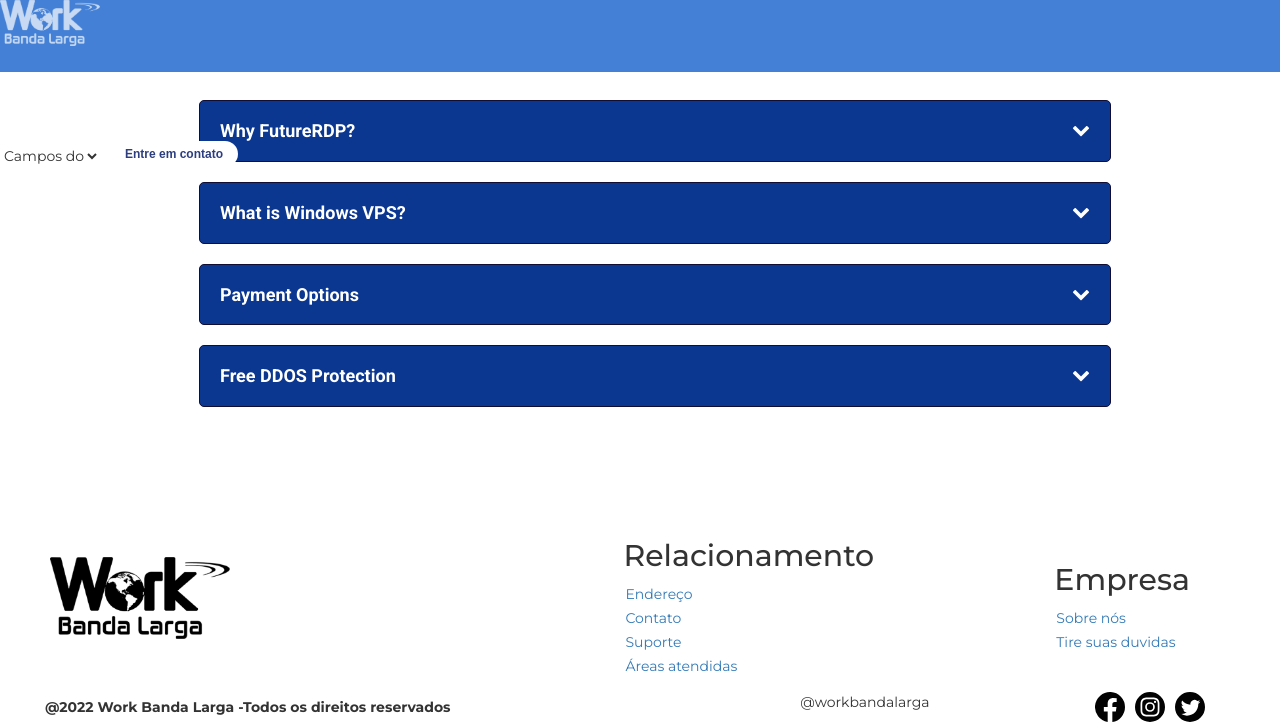
Repository: mateus-henrique-silva/WorkBandaLarga
Page: site_work/src/Pages/faq.html
The author's editor kept a copy of each file at every save. The page is drawn from the files as they stood at one save, then again after the next save.
The browser window is 1280 px wide. The pictures show the whole page.
Some web fonts or font styles are not loaded; a fallback is used. Some web libraries are served in a nearby version.

Above is the page before, as saved 2022-09-20 09:58:53.

### site_work/src/Pages/faq.html
<!DOCTYPE html>
<html lang="en">
  <head>
    <meta charset="UTF-8" />
    <meta http-equiv="X-UA-Compatible" content="IE=edge" />
    <meta name="viewport" content="width=device-width, initial-scale=1.0" />
    <link rel="stylesheet" href="../CSS/Main/MainFaq/style.css" />
    <link rel="stylesheet" href="../CSS/Global.css" />
    <link rel="stylesheet" href="../CSS/Header/style.css" />
    <link rel="stylesheet" href="../CSS/Footer/Style.css" />
    <link rel="stylesheet" href="https://maxcdn.bootstrapcdn.com/font-awesome/4.7.0/css/font-awesome.min.css">
 <link href="https://maxcdn.bootstrapcdn.com/bootstrap/3.3.7/css/bootstrap.min.css" rel="stylesheet">
 <script src="https://ajax.googleapis.com/ajax/libs/jquery/1.11.1/jquery.min.js" charset="utf-8"></script>
 <style media="screen">

 .accordions {
 width: 80%;
 margin: 100px auto;
 }

 .accordions h3 {
 text-align: center;
 font-family: "Roboto", sans-serif;
 font-weight: bold;
 }

 .accordion-item {
 background-color: #0b3791;
 margin-bottom: 20px;
 border: 1px solid #100e34;
 border-radius: 5px;
 color: #ffffff;
 }

 .accordion-item .accordion-title {
 cursor: pointer;
 padding: 20px;
 transition: transform 0.4s ease-in-out;
 }

 .accordion-item .accordion-title.active-title {
 background-color: #100e34;
 color: #ffffff;
 }

 .accordion-item .accordion-title h3 {
 font-weight: 700;
 margin: 0;
 font-size: 18px;
 display: flex;
 justify-content: space-between;
 font-weight: bold;
 }

 .accordion-item .accordion-title i.fa-chevron-down {
 transform: rotate(0);
 transition: 0.4s;
 }

 .accordion-item .accordion-title i.fa-chevron-down.chevron-top {
 transform: rotate(-180deg);
 color: #fa5019;
 }

 .accordion-item .accordion-content {
 display: none;
 line-height: 1.7;
 padding: 20px;
 background-color: #ffffff;
 border-radius: 0 0 5px 5px;
 color: #100e34;
 }

 .accordion-item .accordion-content.active {
 display: block;
 }

 .accordion-item .accordion-content p {
 margin: 0;
 font-family: "Nunito Sans", sans-serif;
 font-size: 16px;
 }

 .details {
 background: #dce1f2;
 }

 .details .detailed_info {
 margin: 50px auto;
 }

 .details img {
 margin: 0 auto;
 display: block;
 /* margin-top: 120px; */
 }

 .details h3 {
 font-family: "Poppins", sans-serif;
 font-weight: bold;
 font-size: 20px;
 }

 .details p {
 font-family: "Nunito Sans", sans-serif;
 font-size: 16px;
 line-height: 1.5em;
 }

 .details ul li {
 font-family: "Nunito Sans", sans-serif;
 font-size: 16px;
 line-height: 1.7em;
 }

 </style>

    <title>Document</title>
  </head>
  <body>
    <header>
      <nav>
        <a class="logo"
          ><img src="../Assets/logo-branca.png" width="100" alt=""
        /></a>
        <div class="mobile-menu">
          <div class="line1"></div>
          <div class="line2"></div>
          <div class="line3"></div>
        </div>
        <ul class="nav-list">
          <li><a href="#">Inicio</a></li>
          <li><a href="#planos">Planos</a></li>
          <li><a href="#tv">TV</a></li>
          <li><a href="#container"> Contato</a></li>
          <li>
            <select
              style="margin: 5px; margin-left: 0"
              name="cars"
              id="city"
              onChange="update()"
            >
              <option value="1">Campos dos Goytacazes</option>
              <option value="2">Conceição de Macabu</option>
              <option value="3">Quissamã</option>
              <option value="4">São João da Barra</option>
            </select>
          </li>
        </ul>
        <ul style="display: flex">
          <select
            style="margin: 5px; margin-left: 0"
            name="cars"
            id="city"
            onChange="update()"
          >
            <option value="1">Campos dos Goytacazes</option>
            <option value="2">Conceição de Macabu</option>
            <option value="3">Quissamã</option>
            <option value="4">São João da Barra</option>
          </select>
          <li style="list-style: none; font-size: 10px; margin: 5px">
            <a
              href="#"
              style="
                font-size: 12px;

                font-family: arial;
                color: white;
              "
              onclick="openForm()"
              class="contact-header"
              >Entre em contato</a
            >
          </li>
        </ul>
      </nav>
    </header>
    <main>
      <section id="faq">
        <div class="container faq">
          <div class="container">
            <div class="row">
              <div class="col-sm-12">
                <div class="accordions">
                  <div class="accordion-item">
                    <div class="accordion-title" data-tab="item1">
                      <h3>Why FutureRDP? <i class="fa fa-chevron-down"></i></h3>
                    </div>
                    <div class="accordion-content" id="item1">
                      <p>
                        FutureRDP provides cheap and affordable Linux and
                        Windows VPS servers and storage solution since 2008 for
                        more than 11 years in multiple locations such as the
                        United States, UK, France, Germany, Netherlands, and
                        Canada. We have a range of different solutions for
                        different purposes such as SSD VPS and Storage servers.
                        All servers are equipped with RAID10 only SSD drives and
                        FREE DDoS Protection!
                      </p>
                    </div>
                  </div>

                  <div class="accordion-item">
                    <div class="accordion-title" data-tab="item2">
                      <h3>
                        What is Windows VPS? <i class="fa fa-chevron-down"></i>
                      </h3>
                    </div>
                    <div class="accordion-content" id="item2">
                      <p>
                        With a Windows VPS server, you will get a Remote Desktop
                        connection within a few minutes. You can run Windows
                        applications such as IIS, SQL, Microsoft Exchange or any
                        software like Docking, Forex trading, Crypto Trading
                        etc… or anything which you wish for. Just like your own
                        computer!! but the difference is online 24/7 days
                        without interruptions and with a super fast Internet
                        connection!
                      </p>
                    </div>
                  </div>

                  <div class="accordion-item">
                    <div class="accordion-title" data-tab="item3">
                      <h3>
                        Payment Options <i class="fa fa-chevron-down"></i>
                      </h3>
                    </div>
                    <div class="accordion-content" id="item3">
                      <p>
                        Unlike most other providers you don’t have to pay with
                        just Credit Card or PayPal. You can also pay with
                        Bitcoin, Alt Coins like Ethereum or Litecoin,
                        PerfectMoney, Payza and of course you can still pay by
                        PayPal and Credit Cards. You even get more discounts
                        when you choose longer-term commitments like our
                        attractive yearly plans.
                      </p>
                    </div>
                  </div>

                  <div class="accordion-item">
                    <div class="accordion-title" data-tab="item4">
                      <h3>
                        Free DDOS Protection <i class="fa fa-chevron-down"></i>
                      </h3>
                    </div>
                    <div class="accordion-content" id="item4">
                      <p>
                        Unlike other providers who charge extra for DDoS
                        protection, All of our VPS servers comes with DDoS
                        protection for FREE. This means you do not have to worry
                        about your VPS performance at all. We are taking care of
                        your needs while you do focus on your business!
                      </p>
                    </div>
                  </div>
                </div>
              </div>
            </div>
          </div>
        </div>
      </section>
    </main>
    <footer>
      <section>
        <div class="img-footer">
          <img src="../Assets/images/logo-preta.png" alt="" srcset="" />
        </div>
        <div class="link-footer">
          <div class="text-one">
            <h2>Relacionamento</h2>
            <a href="#map">Endereço</a>
            <a href="">Contato</a>
            <a href="">Suporte</a>
            <a href="">Áreas atendidas</a>
          </div>
          <div class="text-two">
            <h2>Empresa</h2>
            <a href="">Sobre nós</a>
            <a href="">Tire suas duvidas</a>
          </div>
        </div>
      </section>
      <section style="height: 5vh; display: flex; align-items: center">
        <div class="text-three">
          <strong>@2022 Work Banda Larga -Todos os direitos reservados </strong>
        </div>
        <div class="text-four">
          <p>@workbandalarga</p>
          <div class="social">
            <img src="../Assets/images/logo facebook.svg" alt="facebook" />
            <img src="../Assets/images/logo instagram.svg" alt="instagram" />
            <img src="../Assets/images/logo twitter.svg" alt="twitter" />
          </div>
        </div>
      </section>
    </footer>
    <script src="../Scripts/Menu/script.js"></script>
    <script type="text/javascript">
      $(document).ready(function () {
        $(".accordion-title").click(function (e) {
          var accordionitem = $(this).attr("data-tab");
          $("#" + accordionitem)
            .slideToggle()
            .parent()
            .siblings()
            .find(".accordion-content")
            .slideUp();

          $(this).toggleClass("active-title");
          $("#" + accordionitem)
            .parent()
            .siblings()
            .find(".accordion-title")
            .removeClass("active-title");

          $("i.fa-chevron-down", this).toggleClass("chevron-top");
          $("#" + accordionitem)
            .parent()
            .siblings()
            .find(".accordion-title i.fa-chevron-down")
            .removeClass("chevron-top");
        });
      });
    </script>
  </body>
</html>

### site_work/src/CSS/Global.css
@import url("https://fonts.googleapis.com/css2?family=Cinzel:wght@400;500;600;700;800;900&family=Montserrat:ital,wght@0,100;0,200;0,300;0,400;0,500;0,600;0,700;0,800;0,900;1,100;1,200;1,300;1,400;1,500;1,600;1,700;1,800;1,900&family=Roboto:ital,wght@0,300;0,400;0,500;0,700;0,900;1,100;1,300;1,400;1,500;1,700;1,900&display=swap");

* {
  margin: 0;
  padding: 0;
  border: 0;
  font-family: "Montserrat", sans-serif;
}

section {
  width: 100%;
  max-width: 100vw;
}

ul {
  list-style: none;
}
span {
  color: #67aee9;
}

html {
  scroll-behavior: smooth;
}

### site_work/src/CSS/Header/style.css
header {
  width: 100%;
  background-color: #4480d5;
  margin-top: 0;
}
a {
  color: black;
  text-decoration: none;
  transition: 0.3s;
}

a:hover {
  opacity: 0.7;
}

.logo {
  align-items: center;
  width: 15%;

  text-transform: uppercase;
  letter-spacing: 4px;
}

.logo h1 {
  font-size: 12px;
}

nav {
  display: flex;
  z-index: 1000;
  position: fixed !important;
  width: 100%;
  margin-top: 0;

  justify-content: space-around;
  align-items: center;
  background-color: #4480d5;
  height: 10vh;
}

.nav-list {
  justify-content: center;
  align-items: center;
  list-style: none;
  width: 62%;
  display: flex;
  z-index: 1;
}
.nav-list li:last-child {
  margin-right: -100px !important;
}
/* .nav-list li:last-child {
  padding: 10px 20px 10px;
  border: 1px solid #ffffff;
  border-radius: 5px;
  transition: 1s !important;
} */

/* .nav-list li:last-child:hover {
  border: 1px solid #d81f26;
} */
.nav-list li {
  letter-spacing: 0px;
  font-size: 12px;
  text-transform: uppercase;
  margin: 32px;
}
.nav-list li a {
  color: white;
  font-size: 15px;
}
.nav-list li a:hover {
  opacity: 0.5;
}
/* .nav-list li a:last-child:hover {
  color: #ffffffff;
} */

.mobile-menu {
  display: none;
  margin-left: 80px;
  cursor: pointer;
}

.mobile-menu div {
  transition: 0.3s;

  width: 32px;
  height: 2px;
  background: white;
  margin: 8px;
}

@media (max-width: 950px) {
  body {
    overflow-x: hidden;
  }

  .nav-list li:last-child {
    padding: 0;
    border: 0;
    border-radius: 0;
    transition: 1s !important;
  }

  .nav-list li:last-child:hover {
    border: 0;
  }

  .nav-list {
    position: absolute;
    top: 7vh;
    right: 0;
    width: 100vw;
    height: 100vh;
    background-color: white;
    flex-direction: column;
    color: white;
    /* align-items: center; */
    display: none;
    justify-content: flex-start;
    transition: 0.4s ease-in;
    /* justify-content: space-around; */
    transform: translateX(100%);
  }

  .nav-list li {
    margin-top: 100px;
    margin-left: 0;
    opacity: 0;
    margin: 30px;
    margin-left: 0px;
  }
  nav li select {
    color: white;
    font-weight: bold;
    font-size: 15px;
    width: 100%;
  }

  .mobile-menu {
    display: block;
  }
  .contact-header {
    display: none;
  }

  .logo {
    margin-left: 10px;
    width: 60%;
  }
  /* nav {
    flex-direction: row-reverse;
    display: flex;
    justify-content: space-around;
  } */
  .logo img {
    width: 80px !important;
  }
}

.nav-list.active {
  transition: 0.3s;
  overflow-y: hidden;
  position: fixed;
  z-index: 10000;
  align-items: center;
  background-color: #4480d5;
  transform: translateX(0);
  display: flex;
}

.nav-list.active li {
  color: white !important;
  font-weight: bold;
  margin-right: 0px !important;
}

.nav-list.active li {
  color: white;
}

@keyframes navLinkFade {
  from {
    opacity: 0;
    transform: translateX(50px);
  }

  to {
    opacity: 1;
    transform: translateX(0);
  }
}
/* .line1 {
  width: 40px !important;
}
.line3 {
  width: 30px !important;
} */
.mobile-menu.active .line1 {
  transform: rotate(-45deg) translate(-8px, 8px);
}

.mobile-menu.active .line2 {
  opacity: 0;
}

.mobile-menu.active .line3 {
  transform: rotate(45deg) translate(-5px, -7px);
}

select {
  width: 100px;
  background-color: transparent;
  font-weight: bold;
  border: none;

  color: #2c3e80;
  cursor: pointer;
}
select option {
  background-color: transparent;
}
@media (max-width: 999px) {
  select {
    display: none;
  }
  .nav-list select {
    display: block !important;
  }
}

.nav-list select {
  display: none;
}
.contact-header {
  background-color: white;
  padding: 6px 15px 6px;
  color: #2c3e80 !important;
  font-weight: bold;
  border-radius: 20px;
  margin-right: 0px;
}

### site_work/src/CSS/Footer/Style.css
footer {
  width: 100%;

  height: 100%;
}
footer section .img-footer img {
  width: 180px;
  margin: 50px;
}
footer section .img-footer {
  width: 50%;
}

footer section {
  display: flex;
}
.link-footer {
  width: 70%;

  display: flex;
  align-items: center;
  justify-content: space-around;
}

footer .text-one {
  display: flex;
  flex-direction: column;
}
footer .text-two {
  display: flex;
  flex-direction: column;
}

footer .text-one a {
  margin: 2px;
}
footer .text-two a {
  margin: 2px;
}
.social {
  display: flex;
  justify-content: space-around;
}
.social img {
  margin: 5px;
  margin-top: 0;
  margin-bottom: 0;
  cursor: pointer;
}
.text-four {
  width: 50%;
  justify-content: space-evenly;
  display: flex;
}
.text-three strong {
  margin-left: 45px;
}
.text-three {
  width: 50%;
}
@media (max-width: 900px) {
  .img-footer {
    width: 100% !important;
    display: flex;
    justify-content: center;
  }
  .img-footer img {
    width: 100px !important;
    margin: 20px !important;
  }
  .link-footer {
    width: 100% !important;
  }
  footer section {
    display: flex;
    flex-direction: column;
    align-items: center;
  }
  .text-three strong {
    margin-left: 0;
    width: 100%;
    text-align: center;
    font-size: 10px;
  }
  .text-three {
    width: 100%;
    display: flex;
    align-items: center;
    height: 50px;
  }
  .text-four {
    width: 100%;
    justify-content: space-around;
  }
  .text-one h2 {
    font-size: 15px;
  }

  .text-two h2 {
    font-size: 15px;
  }
  .text-one a {
    font-size: 12px;
  }
  .text-two a {
    font-size: 12px;
  }
  .text-four p {
    font-size: 15px;
  }
  .text-four .social {
    margin-right: 30px;
  }
}

### site_work/src/Scripts/Menu/script.js
class MobileNavbar{


    constructor(mobileMenu, navList, navLinks){
        this.mobileMenu = document.querySelector(mobileMenu);
        this.navList = document.querySelector(navList);
        this.navLinks = document.querySelectorAll(navLinks);
        this.activeClass = "active";
        this.hadleClick =  this.hadleClick.bind(this);


    }

    animateLinks(){
        this.navLinks.forEach((link, index)=>{

            var calc = index/7+0.3;


            link.style.animation
            ?(link.style.animation="")
            :(link.style.animation= `navLinkFade 0.5s ease forwards ${calc}s`);


        });


    }


    hadleClick(){


        this.navList.classList.toggle(this.activeClass);
        this.mobileMenu.classList.toggle(this.activeClass);
        this.animateLinks();
    }

    addClickEvent(){
        this.mobileMenu.addEventListener("click", this.hadleClick);


    }

    init(){

        if(this.mobileMenu){

            this.addClickEvent();
        }
        return this;
    }
    }



    const mobileNavbar = new MobileNavbar(

        ".mobile-menu",

        ".nav-list",

        ".nav-list li",


        );


    mobileNavbar.init();

Loaded but not shown: site_work/src/CSS/Main/MainFaq/style.css (no stored copy; drawn as an empty file)

After the next save:
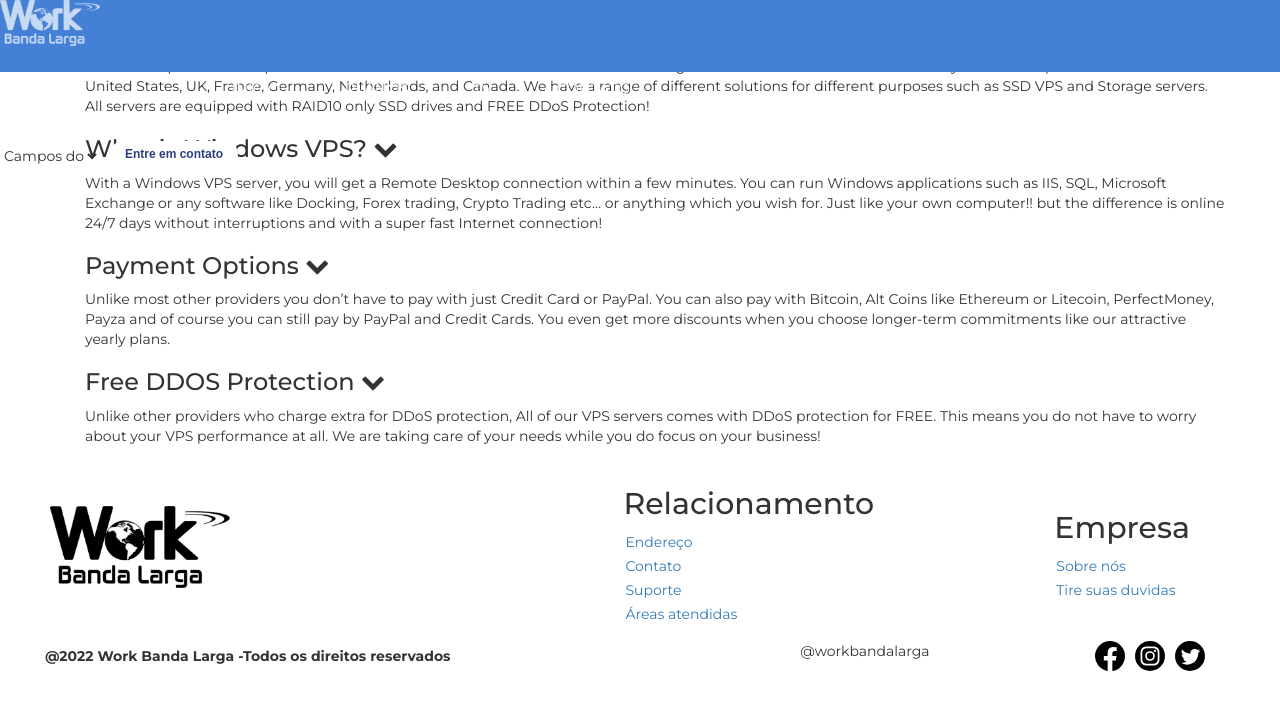
Saved 5 min 21 s later.
--- a/site_work/src/Pages/faq.html
+++ b/site_work/src/Pages/faq.html
@@ -13,105 +13,6 @@
  <script src="https://ajax.googleapis.com/ajax/libs/jquery/1.11.1/jquery.min.js" charset="utf-8"></script>
  <style media="screen">
 
- .accordions {
- width: 80%;
- margin: 100px auto;
- }
-
- .accordions h3 {
- text-align: center;
- font-family: "Roboto", sans-serif;
- font-weight: bold;
- }
-
- .accordion-item {
- background-color: #0b3791;
- margin-bottom: 20px;
- border: 1px solid #100e34;
- border-radius: 5px;
- color: #ffffff;
- }
-
- .accordion-item .accordion-title {
- cursor: pointer;
- padding: 20px;
- transition: transform 0.4s ease-in-out;
- }
-
- .accordion-item .accordion-title.active-title {
- background-color: #100e34;
- color: #ffffff;
- }
-
- .accordion-item .accordion-title h3 {
- font-weight: 700;
- margin: 0;
- font-size: 18px;
- display: flex;
- justify-content: space-between;
- font-weight: bold;
- }
-
- .accordion-item .accordion-title i.fa-chevron-down {
- transform: rotate(0);
- transition: 0.4s;
- }
-
- .accordion-item .accordion-title i.fa-chevron-down.chevron-top {
- transform: rotate(-180deg);
- color: #fa5019;
- }
-
- .accordion-item .accordion-content {
- display: none;
- line-height: 1.7;
- padding: 20px;
- background-color: #ffffff;
- border-radius: 0 0 5px 5px;
- color: #100e34;
- }
-
- .accordion-item .accordion-content.active {
- display: block;
- }
-
- .accordion-item .accordion-content p {
- margin: 0;
- font-family: "Nunito Sans", sans-serif;
- font-size: 16px;
- }
-
- .details {
- background: #dce1f2;
- }
-
- .details .detailed_info {
- margin: 50px auto;
- }
-
- .details img {
- margin: 0 auto;
- display: block;
- /* margin-top: 120px; */
- }
-
- .details h3 {
- font-family: "Poppins", sans-serif;
- font-weight: bold;
- font-size: 20px;
- }
-
- .details p {
- font-family: "Nunito Sans", sans-serif;
- font-size: 16px;
- line-height: 1.5em;
- }
-
- .details ul li {
- font-family: "Nunito Sans", sans-serif;
- font-size: 16px;
- line-height: 1.7em;
- }
 
  </style>
 

After the save that followed:
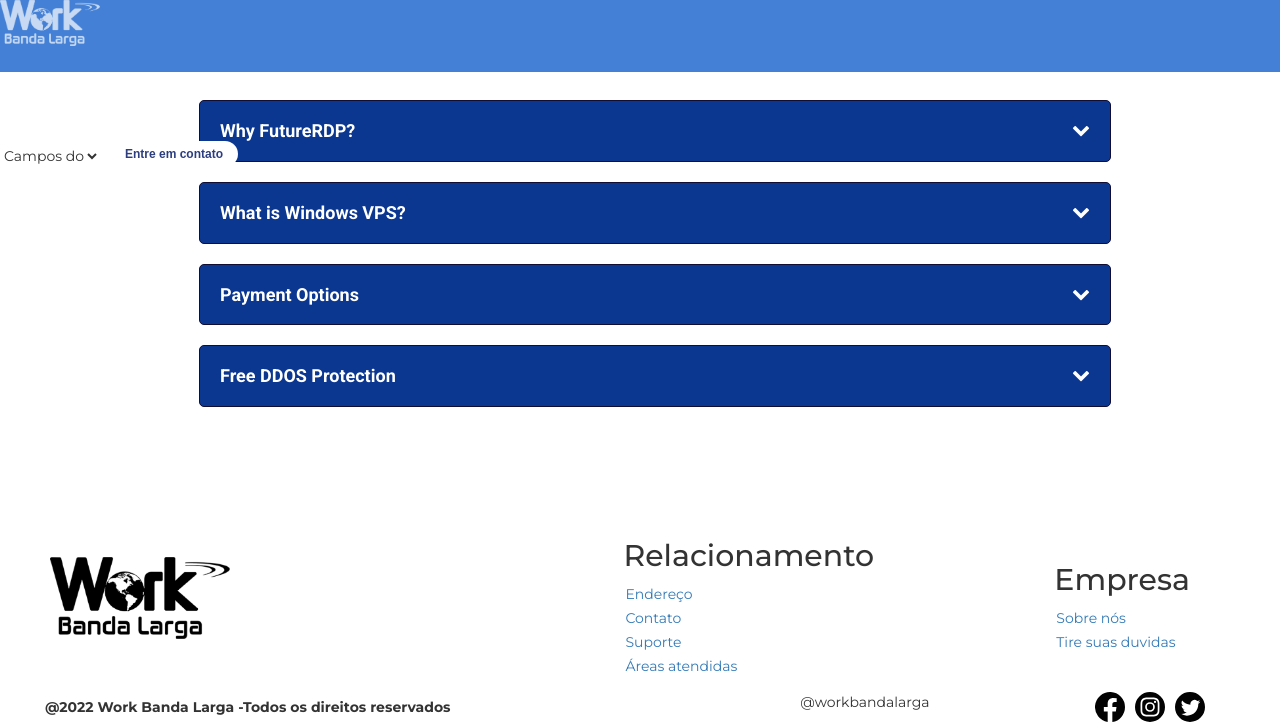
Saved 11 s later.
--- a/site_work/src/Pages/faq.html
+++ b/site_work/src/Pages/faq.html
@@ -13,6 +13,105 @@
  <script src="https://ajax.googleapis.com/ajax/libs/jquery/1.11.1/jquery.min.js" charset="utf-8"></script>
  <style media="screen">
 
+ .accordions {
+ width: 80%;
+ margin: 100px auto;
+ }
+
+ .accordions h3 {
+ text-align: center;
+ font-family: "Roboto", sans-serif;
+ font-weight: bold;
+ }
+
+ .accordion-item {
+ background-color: #0b3791;
+ margin-bottom: 20px;
+ border: 1px solid #100e34;
+ border-radius: 5px;
+ color: #ffffff;
+ }
+
+ .accordion-item .accordion-title {
+ cursor: pointer;
+ padding: 20px;
+ transition: transform 0.4s ease-in-out;
+ }
+
+ .accordion-item .accordion-title.active-title {
+ background-color: #100e34;
+ color: #ffffff;
+ }
+
+ .accordion-item .accordion-title h3 {
+ font-weight: 700;
+ margin: 0;
+ font-size: 18px;
+ display: flex;
+ justify-content: space-between;
+ font-weight: bold;
+ }
+
+ .accordion-item .accordion-title i.fa-chevron-down {
+ transform: rotate(0);
+ transition: 0.4s;
+ }
+
+ .accordion-item .accordion-title i.fa-chevron-down.chevron-top {
+ transform: rotate(-180deg);
+ color: #fa5019;
+ }
+
+ .accordion-item .accordion-content {
+ display: none;
+ line-height: 1.7;
+ padding: 20px;
+ background-color: #ffffff;
+ border-radius: 0 0 5px 5px;
+ color: #100e34;
+ }
+
+ .accordion-item .accordion-content.active {
+ display: block;
+ }
+
+ .accordion-item .accordion-content p {
+ margin: 0;
+ font-family: "Nunito Sans", sans-serif;
+ font-size: 16px;
+ }
+
+ .details {
+ background: #dce1f2;
+ }
+
+ .details .detailed_info {
+ margin: 50px auto;
+ }
+
+ .details img {
+ margin: 0 auto;
+ display: block;
+ /* margin-top: 120px; */
+ }
+
+ .details h3 {
+ font-family: "Poppins", sans-serif;
+ font-weight: bold;
+ font-size: 20px;
+ }
+
+ .details p {
+ font-family: "Nunito Sans", sans-serif;
+ font-size: 16px;
+ line-height: 1.5em;
+ }
+
+ .details ul li {
+ font-family: "Nunito Sans", sans-serif;
+ font-size: 16px;
+ line-height: 1.7em;
+ }
 
  </style>
 
